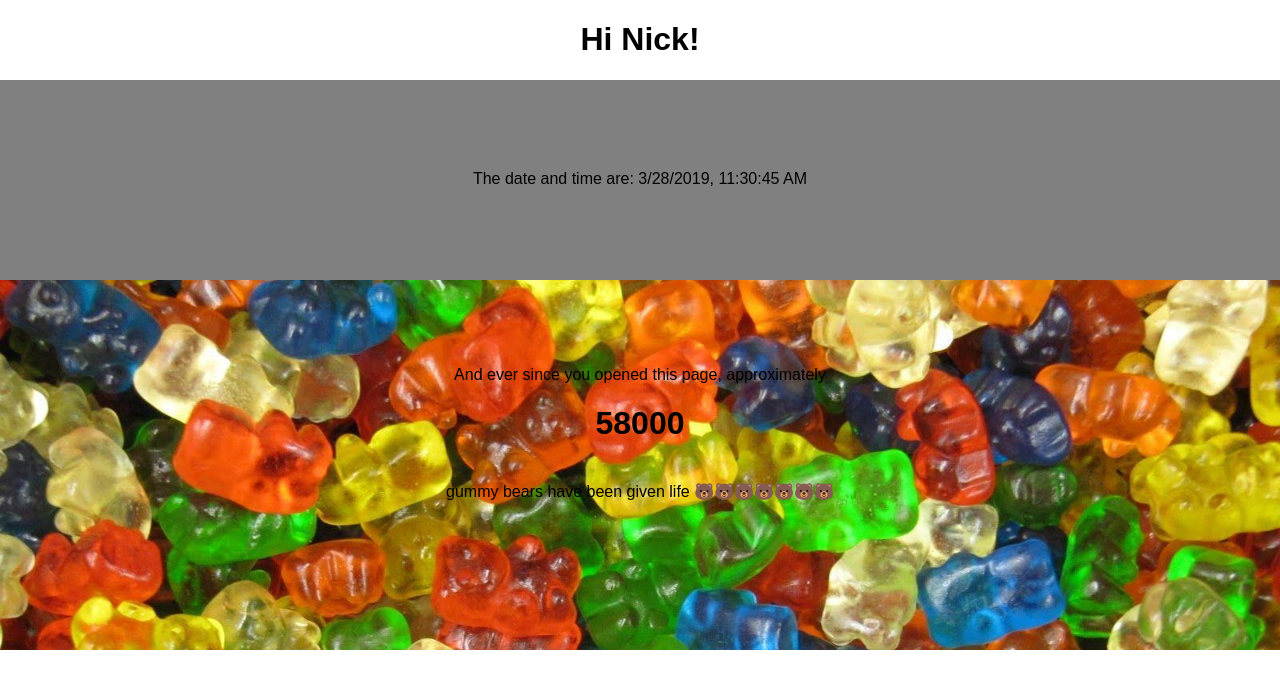
Repository: crispinonicky/gummy-facts
Page: /
These files come from the project's save history. The page is drawn as it stood at one moment and after the next save; the edit follows.
The browser window is 1280 px wide. The pictures show the whole page.
The project was rebuilt for these pictures with package versions that can differ from the ones it lists, and the page was loaded fresh each time.

Above is the page before, as saved 2019-03-28 15:35:38.

### src/App.js
import React, { Component } from 'react';
import './App.css';
import Clock from './components/Clock';
import GummyCount from './components/GummyCount';
import Map from './components/Map';


class App extends Component {
  constructor(props){
    super(props)

    this.state = {
      name: "Nick"
    }

  }



  render() {
    return (
      <div className="App">


      <h1>
        Hi {this.state.name}!
      </h1>

        <Clock />
        <GummyCount />
        <Map />


      </div>
    );
  }
}

export default App;

### src/App.css
.App {
  text-align: center;
  margin: 0 auto;
  font-family: Arial, Helvetica, sans-serif;
}

.Clock {
  height: 200px;
  background: gray;
}

.Clock p {
  position: relative;
  top: 90px;

}

.Count {
  height: 300px;
  background: url('./images/gummy\ bears.jpg');
  background-size: cover;
  padding-top: 70px;

}

/* #googleMap {
  height: 300px;
  width: 400px;
} */

### src/components/Clock.js
import React, { Component } from "react";
import "../App.css";

let time = new Date().toLocaleString();

class Clock extends React.Component {
  constructor(props) {

    super(props)
    this.state = {
      time: new Date().toLocaleString(),
    };
  }

  componentDidMount() {
    this.intervalID = setInterval(
      () => this.tick(),
      1000
    )
  }

  componentWillUnmount() {
    clearInterval(this.intervalID);
  }

  tick() {
    this.setState({
      time: new Date().toLocaleString()
    });
  }

  render() {
    return (
      <div className = "Clock gray-box">
      <p>
        The date and time are: {this.state.time}
      </p>
      </div>
    );
  }
}

console.log(typeof time)


export default Clock;

### src/components/GummyCount.js
const React = require('react')

class GummyCount extends React.Component {
  constructor(props) {
    super(props);
    this.state = {
      seconds: 0,
    };
  }

  tick() {
    this.setState(state => ({
      seconds: state.seconds + 1
    }));
  }

  componentDidMount() {
    this.interval = setInterval(() => this.tick(), 10);
  }

  componentWillUnmount() {
    clearInterval(this.interval);
  }

  render() {

    return (
<div>
      <div className = "Count">
        <p>
        And ever since you opened this page, approximately
        <br/>
        <h1>{this.state.seconds * 116}</h1>
        <br/>
        gummy bears have been given life 🐻🐻🐻🐻🐻🐻🐻
        </p>
      </div>
      </div>
    );
  }
}

export default GummyCount;

### src/components/Map.js
import React, { Component } from 'react';
import '../App.css';

// my map: https://maps.googleapis.com/maps/api/js?key=AIzaSyCrbuDGnqcHSG6nK1oo2PyiiXvsyWLZelo&callback=myMap

class Map extends React.Component {
  constructor(props){
    super(props)

    this.state = {
      name: "Nick"
    }

  }



  render() {
    return (
      <div className="Map">

<div id="googleMap">

</div>



      </div>
    );
  }
}

export default Map;

Loaded but not shown: public/index.html (common file); src/index.js (common file); src/index.css (common file); src/serviceWorker.js (common file)

After the next save:
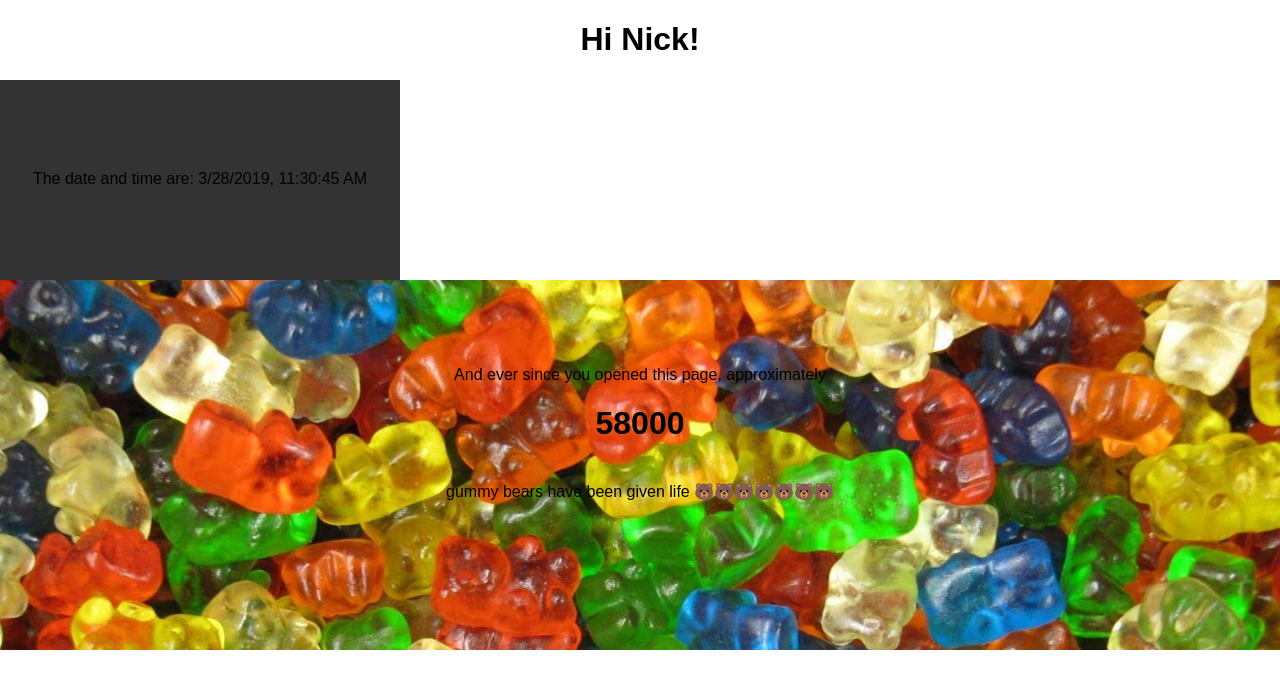
Saved 44 s later.
--- a/src/App.css
+++ b/src/App.css
@@ -23,6 +23,12 @@
 
 }
 
+.gray-box{
+  background-color: rgba(0, 0, 0, 0.8);
+  height: 200px;
+  width: 400px;
+}
+
 /* #googleMap {
   height: 300px;
   width: 400px;

After the save that followed:
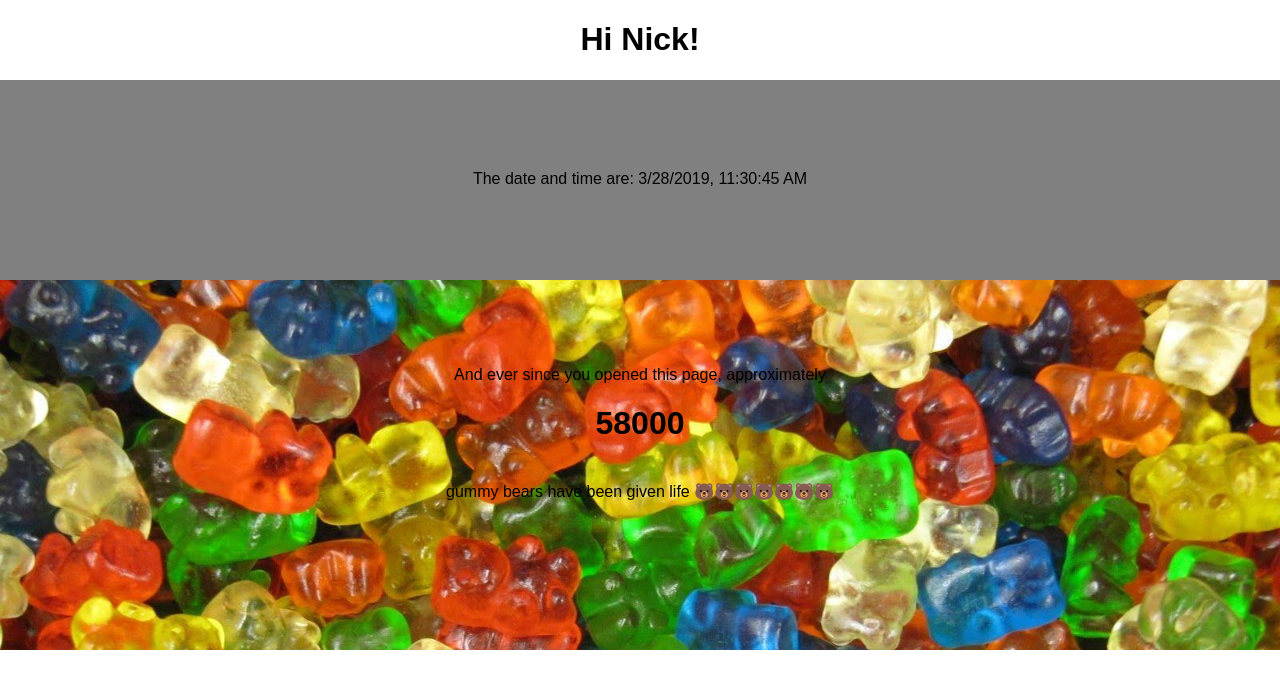
Saved 18 s later.
--- a/src/components/Clock.js
+++ b/src/components/Clock.js
@@ -31,7 +31,7 @@ class Clock extends React.Component {
 
   render() {
     return (
-      <div className = "Clock gray-box">
+      <div className = "Clock">
       <p>
         The date and time are: {this.state.time}
       </p>
